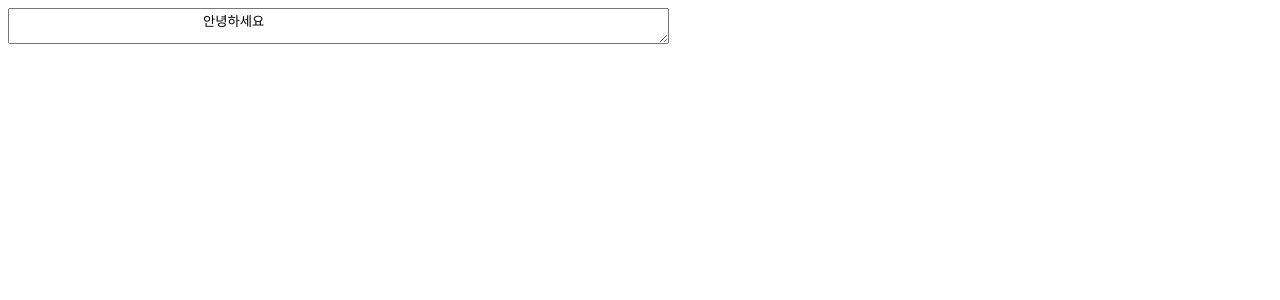
Repository: LeeHyukJe/LHJ
Page: http://localhost/mybbs/mybbs/bbs_action.jsp
An editor plug-in stored every save of this project. The page is shown before and after the next save, followed by the edit.
The browser window is 1280 px wide. The pictures show the whole page.
The page is served by Tomcat 9. Other server files are loaded and not shown.

Above is the page before, as saved 2017-09-25 02:42:30.

### mybbs/WebContent/mybbs/bbs_action.jsp
<%@ page language="java" contentType="text/html; charset=UTF-8"
    pageEncoding="UTF-8"%>
<!DOCTYPE html PUBLIC "-//W3C//DTD HTML 4.01 Transitional//EN" "http://www.w3.org/TR/html4/loose.dtd">
<html>
<head>
<meta http-equiv="Content-Type" content="text/html; charset=UTF-8">
<title>Insert title here</title>
</head>
<body>
	<form>
		<textarea row="2" cols="80">
			안녕하세요
		</textarea>

	</form>
</body>
</html>

After the next save:
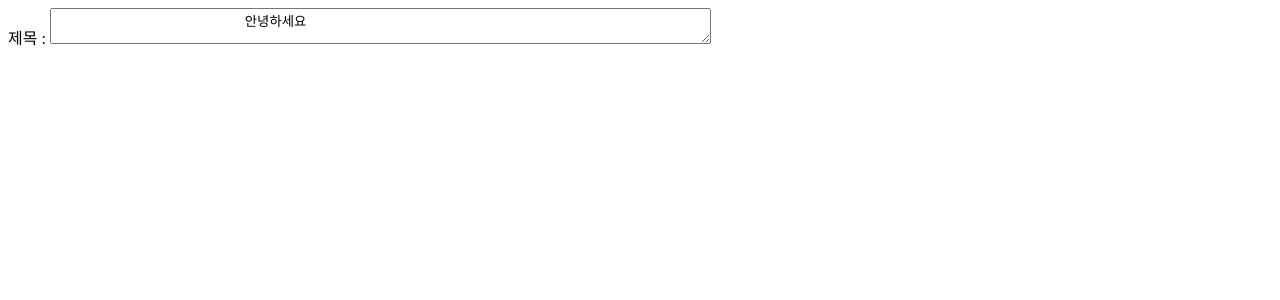
Saved 24 s later.
--- a/mybbs/WebContent/mybbs/bbs_action.jsp
+++ b/mybbs/WebContent/mybbs/bbs_action.jsp
@@ -8,7 +8,7 @@
 </head>
 <body>
 	<form>
-		<textarea row="2" cols="80">
+		제목 : <textarea row="1" cols="80">
 			안녕하세요
 		</textarea>
 
